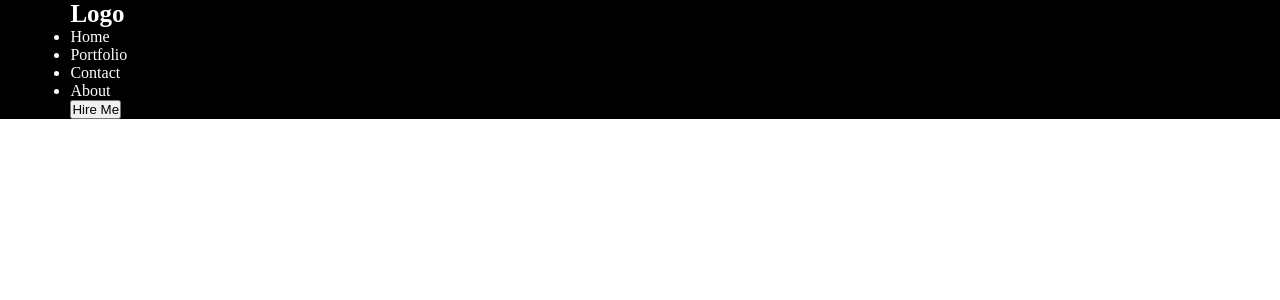
Repository: DevAntonioRogers/vanilla-responsive-navbar
Page: index.html
These files come from the project's save history. The page is drawn as it stood at one moment and after the next save; the edit follows.
The browser window is 1280 px wide. The pictures show the whole page.

Above is the page before, as saved 2023-06-04 21:08:34.
Console error: TypeError: Cannot read properties of null (reading 'addEventListener')

After the next save:
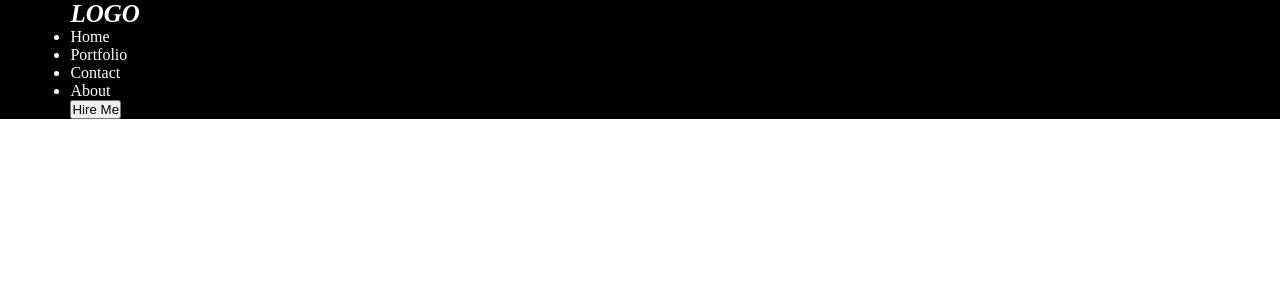
Saved 17 s later.
--- a/style.css
+++ b/style.css
@@ -17,4 +17,6 @@
 
 .nav-container h1 {
   font-size: 25px;
+  text-transform: uppercase;
+  font-style: italic;
 }
